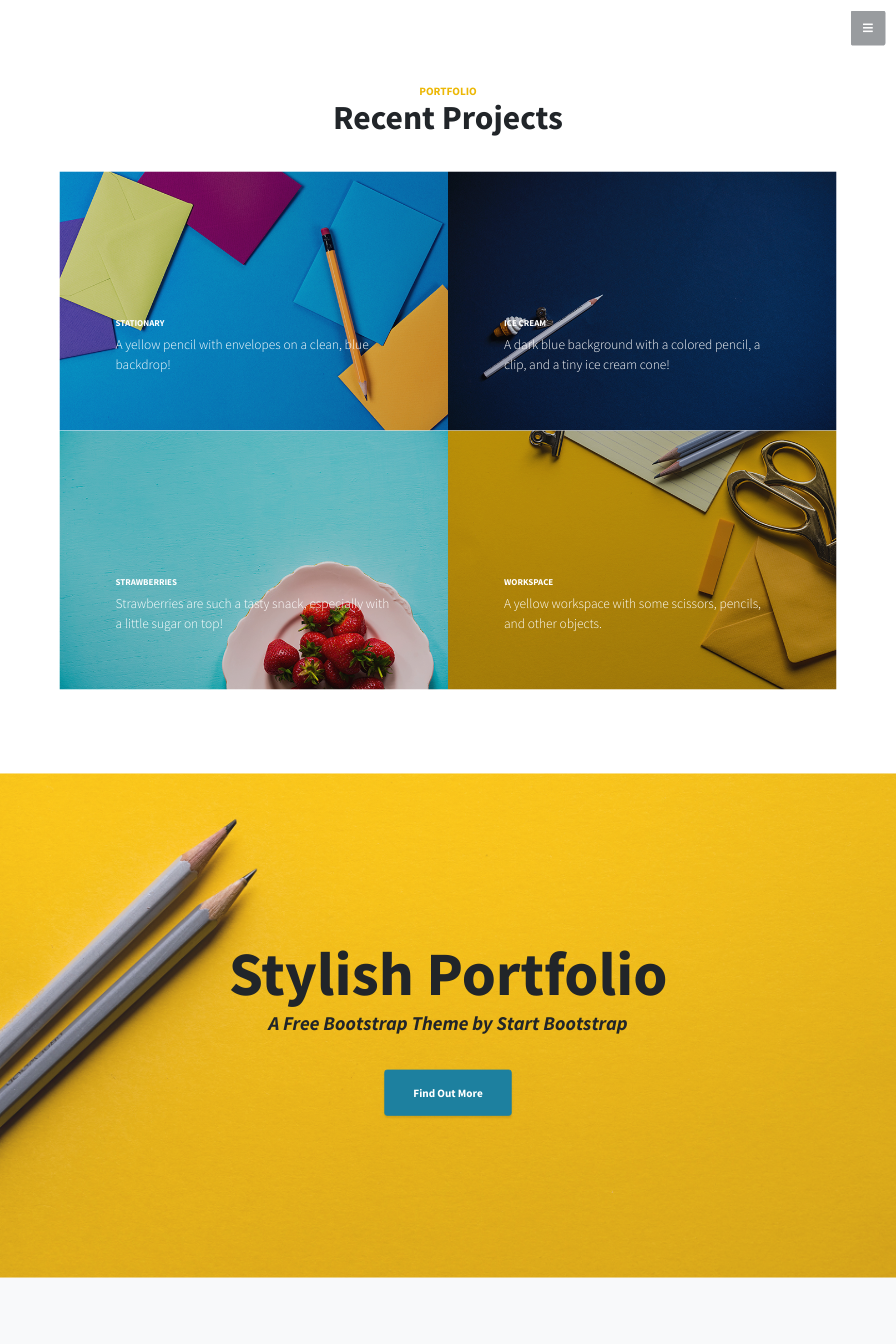
Repository: Williams94/Williams94.github.io
Page: index.html
The author's editor kept a copy of each file at every save. The page is drawn from the files as they stood at one save, then again after the next save.
The browser window is 1280 px wide. The pictures show the part of the page from y = 0 to 1920 px (the page is 4677 px tall), at 70% of full size.

Above is the page before, as saved 2019-07-06 12:50:48.

### index.html
<!DOCTYPE html>
<html lang="en">

<head>

  <meta charset="utf-8">
  <meta name="viewport" content="width=device-width, initial-scale=1, shrink-to-fit=no">
  <meta name="description" content="">
  <meta name="author" content="">

  <title>Stylish Portfolio - Start Bootstrap Template</title>

  <!-- Bootstrap Core CSS -->
  <link href="vendor/bootstrap/css/bootstrap.min.css" rel="stylesheet">

  <!-- Custom Fonts -->
  <link href="vendor/fontawesome-free/css/all.min.css" rel="stylesheet" type="text/css">
  <link href="https://fonts.googleapis.com/css?family=Source+Sans+Pro:300,400,700,300italic,400italic,700italic" rel="stylesheet" type="text/css">
  <link href="vendor/simple-line-icons/css/simple-line-icons.css" rel="stylesheet">

  <!-- Custom CSS -->
  <link href="css/stylish-portfolio.min.css" rel="stylesheet">

</head>

<body id="page-top">

  <!-- Navigation -->
  <a class="menu-toggle rounded" href="#">
    <i class="fas fa-bars"></i>
  </a>
  <nav id="sidebar-wrapper">
    <ul class="sidebar-nav">
      <li class="sidebar-brand">
        <a class="js-scroll-trigger" href="#page-top">Start Bootstrap</a>
      </li>
      <li class="sidebar-nav-item">
        <a class="js-scroll-trigger" href="#page-top">Home</a>
      </li>
      <li class="sidebar-nav-item">
        <a class="js-scroll-trigger" href="#about">About</a>
      </li>
      <li class="sidebar-nav-item">
        <a class="js-scroll-trigger" href="#services">Services</a>
      </li>
      <li class="sidebar-nav-item">
        <a class="js-scroll-trigger" href="#portfolio">Portfolio</a>
      </li>
      <li class="sidebar-nav-item">
        <a class="js-scroll-trigger" href="#contact">Contact</a>
      </li>
    </ul>
  </nav>

  <!-- Portfolio -->
  <section class="content-section" id="portfolio">
    <div class="container">
      <div class="content-section-heading text-center">
        <h3 class="text-secondary mb-0">Portfolio</h3>
        <h2 class="mb-5">Recent Projects</h2>
      </div>
      <div class="row no-gutters">
        <div class="col-lg-6">
          <a class="portfolio-item" href="#">
            <span class="caption">
              <span class="caption-content">
                <h2>Stationary</h2>
                <p class="mb-0">A yellow pencil with envelopes on a clean, blue backdrop!</p>
              </span>
            </span>
            <img class="img-fluid" src="img/portfolio-1.jpg" alt="">
          </a>
        </div>
        <div class="col-lg-6">
          <a class="portfolio-item" href="#">
            <span class="caption">
              <span class="caption-content">
                <h2>Ice Cream</h2>
                <p class="mb-0">A dark blue background with a colored pencil, a clip, and a tiny ice cream cone!</p>
              </span>
            </span>
            <img class="img-fluid" src="img/portfolio-2.jpg" alt="">
          </a>
        </div>
        <div class="col-lg-6">
          <a class="portfolio-item" href="#">
            <span class="caption">
              <span class="caption-content">
                <h2>Strawberries</h2>
                <p class="mb-0">Strawberries are such a tasty snack, especially with a little sugar on top!</p>
              </span>
            </span>
            <img class="img-fluid" src="img/portfolio-3.jpg" alt="">
          </a>
        </div>
        <div class="col-lg-6">
          <a class="portfolio-item" href="#">
            <span class="caption">
              <span class="caption-content">
                <h2>Workspace</h2>
                <p class="mb-0">A yellow workspace with some scissors, pencils, and other objects.</p>
              </span>
            </span>
            <img class="img-fluid" src="img/portfolio-4.jpg" alt="">
          </a>
        </div>
      </div>
    </div>
  </section>

  <!-- Header -->
  <header class="masthead d-flex">
    <div class="container text-center my-auto">
      <h1 class="mb-1">Stylish Portfolio</h1>
      <h3 class="mb-5">
        <em>A Free Bootstrap Theme by Start Bootstrap</em>
      </h3>
      <a class="btn btn-primary btn-xl js-scroll-trigger" href="#about">Find Out More</a>
    </div>
    <div class="overlay"></div>
  </header>

  <!-- About -->
  <section class="content-section bg-light" id="about">
    <div class="container text-center">
      <div class="row">
        <div class="col-lg-10 mx-auto">
          <h2>Stylish Portfolio is the perfect theme for your next project!</h2>
          <p class="lead mb-5">This theme features a flexible, UX friendly sidebar menu and stock photos from our friends at
            <a href="https://unsplash.com/">Unsplash</a>!</p>
          <a class="btn btn-dark btn-xl js-scroll-trigger" href="#services">What We Offer</a>
        </div>
      </div>
    </div>
  </section>

  <!-- Services -->
  <section class="content-section bg-primary text-white text-center" id="services">
    <div class="container">
      <div class="content-section-heading">
        <h3 class="text-secondary mb-0">Services</h3>
        <h2 class="mb-5">What We Offer</h2>
      </div>
      <div class="row">
        <div class="col-lg-3 col-md-6 mb-5 mb-lg-0">
          <span class="service-icon rounded-circle mx-auto mb-3">
            <i class="icon-screen-smartphone"></i>
          </span>
          <h4>
            <strong>Responsive</strong>
          </h4>
          <p class="text-faded mb-0">Looks great on any screen size!</p>
        </div>
        <div class="col-lg-3 col-md-6 mb-5 mb-lg-0">
          <span class="service-icon rounded-circle mx-auto mb-3">
            <i class="icon-pencil"></i>
          </span>
          <h4>
            <strong>Redesigned</strong>
          </h4>
          <p class="text-faded mb-0">Freshly redesigned for Bootstrap 4.</p>
        </div>
        <div class="col-lg-3 col-md-6 mb-5 mb-md-0">
          <span class="service-icon rounded-circle mx-auto mb-3">
            <i class="icon-like"></i>
          </span>
          <h4>
            <strong>Favorited</strong>
          </h4>
          <p class="text-faded mb-0">Millions of users
            <i class="fas fa-heart"></i>
            Start Bootstrap!</p>
        </div>
        <div class="col-lg-3 col-md-6">
          <span class="service-icon rounded-circle mx-auto mb-3">
            <i class="icon-mustache"></i>
          </span>
          <h4>
            <strong>Question</strong>
          </h4>
          <p class="text-faded mb-0">I mustache you a question...</p>
        </div>
      </div>
    </div>
  </section>

  <!-- Callout -->
  <section class="callout">
    <div class="container text-center">
      <h2 class="mx-auto mb-5">Welcome to
        <em>your</em>
        next website!</h2>
      <a class="btn btn-primary btn-xl" href="https://startbootstrap.com/template-overviews/stylish-portfolio/">Download Now!</a>
    </div>
  </section>

  <!-- Call to Action -->
  <section class="content-section bg-primary text-white">
    <div class="container text-center">
      <h2 class="mb-4">The buttons below are impossible to resist...</h2>
      <a href="#" class="btn btn-xl btn-light mr-4">Click Me!</a>
      <a href="#" class="btn btn-xl btn-dark">Look at Me!</a>
    </div>
  </section>

  <!-- Map -->
  <section id="contact" class="map">
    <iframe width="100%" height="100%" frameborder="0" scrolling="no" marginheight="0" marginwidth="0" src="https://maps.google.com/maps?f=q&amp;source=s_q&amp;hl=en&amp;geocode=&amp;q=Twitter,+Inc.,+Market+Street,+San+Francisco,+CA&amp;aq=0&amp;oq=twitter&amp;sll=28.659344,-81.187888&amp;sspn=0.128789,0.264187&amp;ie=UTF8&amp;hq=Twitter,+Inc.,+Market+Street,+San+Francisco,+CA&amp;t=m&amp;z=15&amp;iwloc=A&amp;output=embed"></iframe>
    <br />
    <small>
      <a href="https://maps.google.com/maps?f=q&amp;source=embed&amp;hl=en&amp;geocode=&amp;q=Twitter,+Inc.,+Market+Street,+San+Francisco,+CA&amp;aq=0&amp;oq=twitter&amp;sll=28.659344,-81.187888&amp;sspn=0.128789,0.264187&amp;ie=UTF8&amp;hq=Twitter,+Inc.,+Market+Street,+San+Francisco,+CA&amp;t=m&amp;z=15&amp;iwloc=A"></a>
    </small>
  </section>

  <!-- Footer -->
  <footer class="footer text-center">
    <div class="container">
      <ul class="list-inline mb-5">
        <li class="list-inline-item">
          <a class="social-link rounded-circle text-white mr-3" href="#">
            <i class="icon-social-facebook"></i>
          </a>
        </li>
        <li class="list-inline-item">
          <a class="social-link rounded-circle text-white mr-3" href="#">
            <i class="icon-social-twitter"></i>
          </a>
        </li>
        <li class="list-inline-item">
          <a class="social-link rounded-circle text-white" href="#">
            <i class="icon-social-github"></i>
          </a>
        </li>
      </ul>
      <p class="text-muted small mb-0">Copyright &copy; Your Website 2019</p>
    </div>
  </footer>

  <!-- Scroll to Top Button-->
  <a class="scroll-to-top rounded js-scroll-trigger" href="#page-top">
    <i class="fas fa-angle-up"></i>
  </a>

  <!-- Bootstrap core JavaScript -->
  <script src="vendor/jquery/jquery.min.js"></script>
  <script src="vendor/bootstrap/js/bootstrap.bundle.min.js"></script>

  <!-- Plugin JavaScript -->
  <script src="vendor/jquery-easing/jquery.easing.min.js"></script>

  <!-- Custom scripts for this template -->
  <script src="js/stylish-portfolio.min.js"></script>

</body>

</html>

Loaded but not shown: vendor/bootstrap/css/bootstrap.min.css (library); vendor/fontawesome-free/css/all.min.css (library); vendor/simple-line-icons/css/simple-line-icons.css (library); css/stylish-portfolio.min.css (library); vendor/jquery/jquery.min.js (library); vendor/bootstrap/js/bootstrap.bundle.min.js (library); vendor/jquery-easing/jquery.easing.min.js (common file); js/stylish-portfolio.min.js (common file)

After the next save:
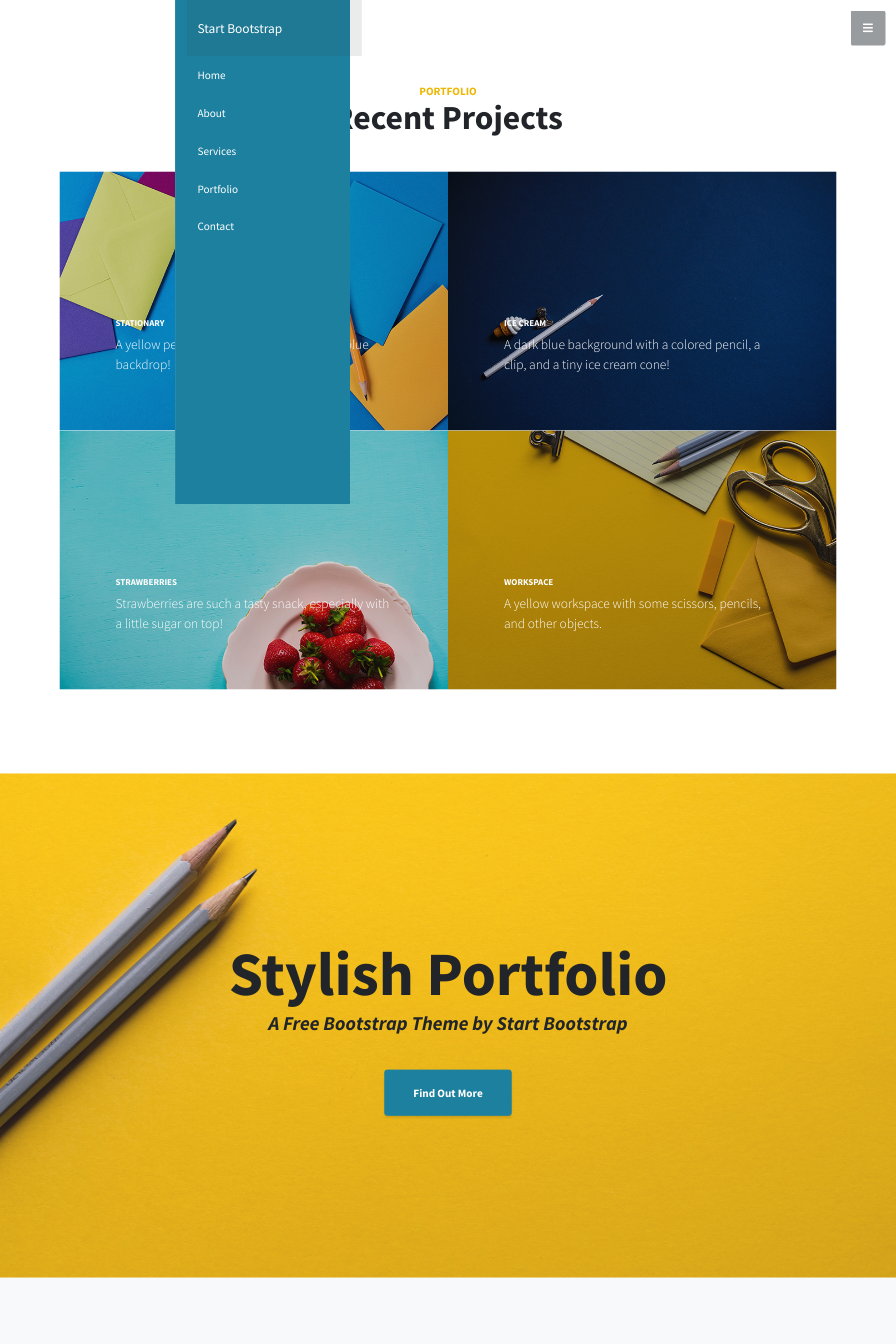
Saved 68 s later.
--- a/index.html
+++ b/index.html
@@ -29,7 +29,7 @@
   <a class="menu-toggle rounded" href="#">
     <i class="fas fa-bars"></i>
   </a>
-  <nav id="sidebar-wrapper">
+  <nav id="sidebar-wrapper" class="navbar navbar-expand-lg navbar-light fixed-top">
     <ul class="sidebar-nav">
       <li class="sidebar-brand">
         <a class="js-scroll-trigger" href="#page-top">Start Bootstrap</a>
